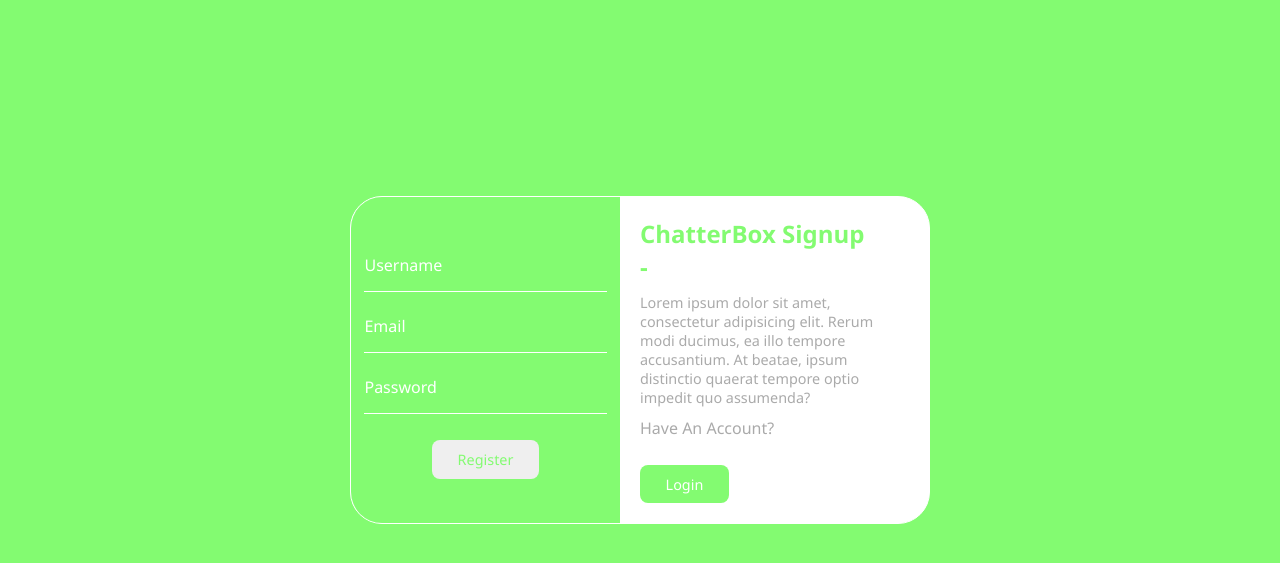
Repository: Habeebur1493/social-media-app
Page: /signup
An editor plug-in stored every save of this project. The page is shown before and after the next save, followed by the edit.
The browser window is 1280 px wide. The pictures show the whole page.
The project was rebuilt for these pictures with package versions that can differ from the ones it lists, and the page was loaded fresh each time. Also part of the build but not shown: vite.config.js, src/pages/login/login.css, src/pages/login/Login.jsx.

Above is the page before, as saved 2025-01-28 02:12:09.

After the next save:
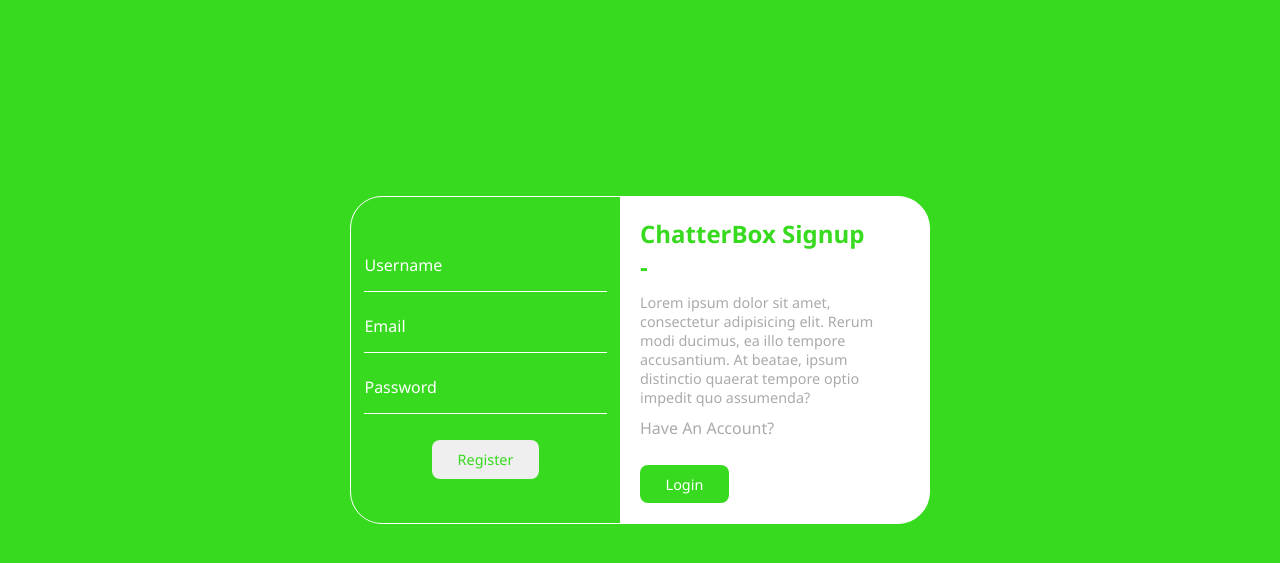
Saved 45 s later.
--- a/src/App.css
+++ b/src/App.css
@@ -8,7 +8,7 @@
 }
 
 :root{
-  --color-primary:#83fb71;
+  --color-primary:#37da1e;
   --text-color: black;
   --color-bg:rgb(236, 236, 236);
   --color-card: white;
